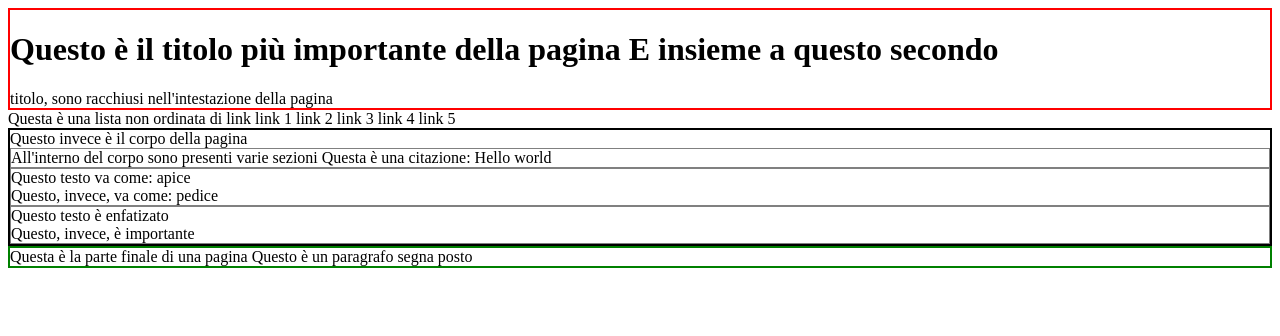
Repository: CryptoFamilyNFT/develhope
Page: html/start.html
An editor plug-in stored every save of this project. The page is shown before and after the next save, followed by the edit.
The browser window is 1280 px wide. The pictures show the whole page.

Above is the page before, as saved 2024-10-31 11:38:28.

After the next save:
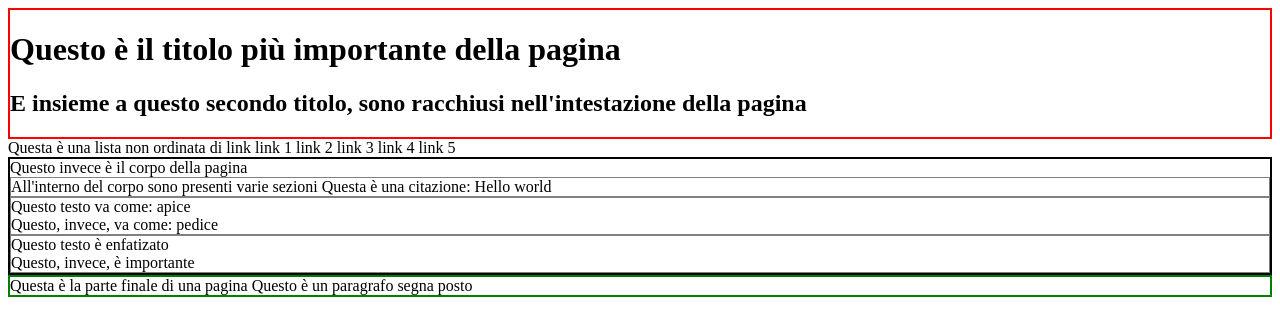
Saved 35 s later.
--- a/html/start.html
+++ b/html/start.html
@@ -30,8 +30,8 @@
 
   <body>
     <header>
-        <h1>Questo è il titolo più importante della pagina E insieme a questo secondo</h1>
-      titolo, sono racchiusi nell'intestazione della pagina
+        <h1>Questo è il titolo più importante della pagina</h1>
+      <h2> E insieme a questo secondo titolo, sono racchiusi nell'intestazione della pagina</h2>
     </header>
 
     <!-- Tag utilizzato solitamente per la barra laterale di un sito web , tuttavia per renderla per davvero una sidebar, abbiamo bisogno del css-->
